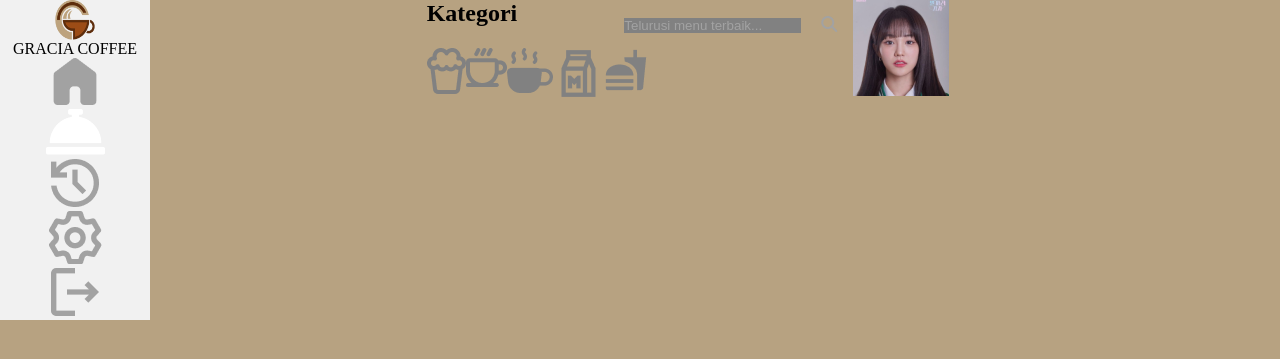
Repository: DanielChuaaa/sbd2
Page: index.html
These files come from the project's save history. The page is drawn as it stood at one moment and after the next save; the edit follows.
The browser window is 1280 px wide. The pictures show the whole page.
Some web libraries are served in a nearby version.

Above is the page before, as saved 2023-10-20 10:32:48.

After the next save:
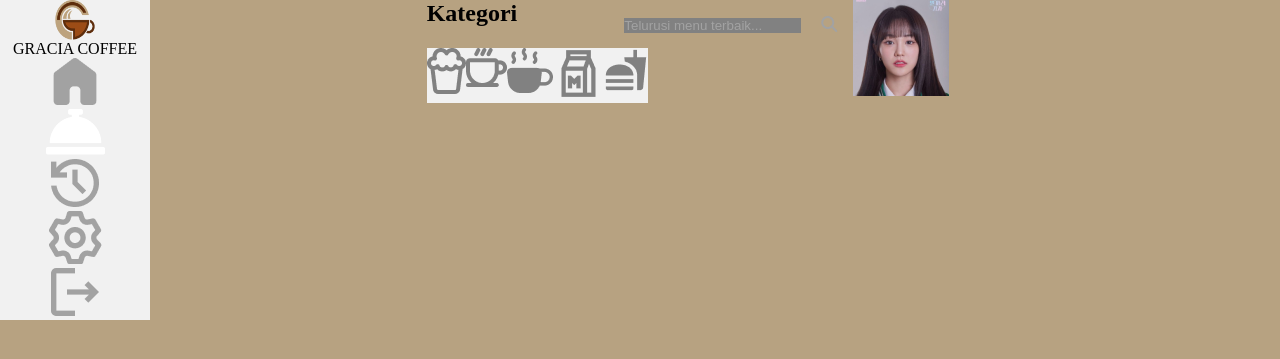
Saved 22 s later.
--- a/style.css
+++ b/style.css
@@ -66,3 +66,7 @@ body{
 .menu{
     display: flex;
 }
+
+.iconMenu{
+    background: var(--clr-neutral-500);
+}
